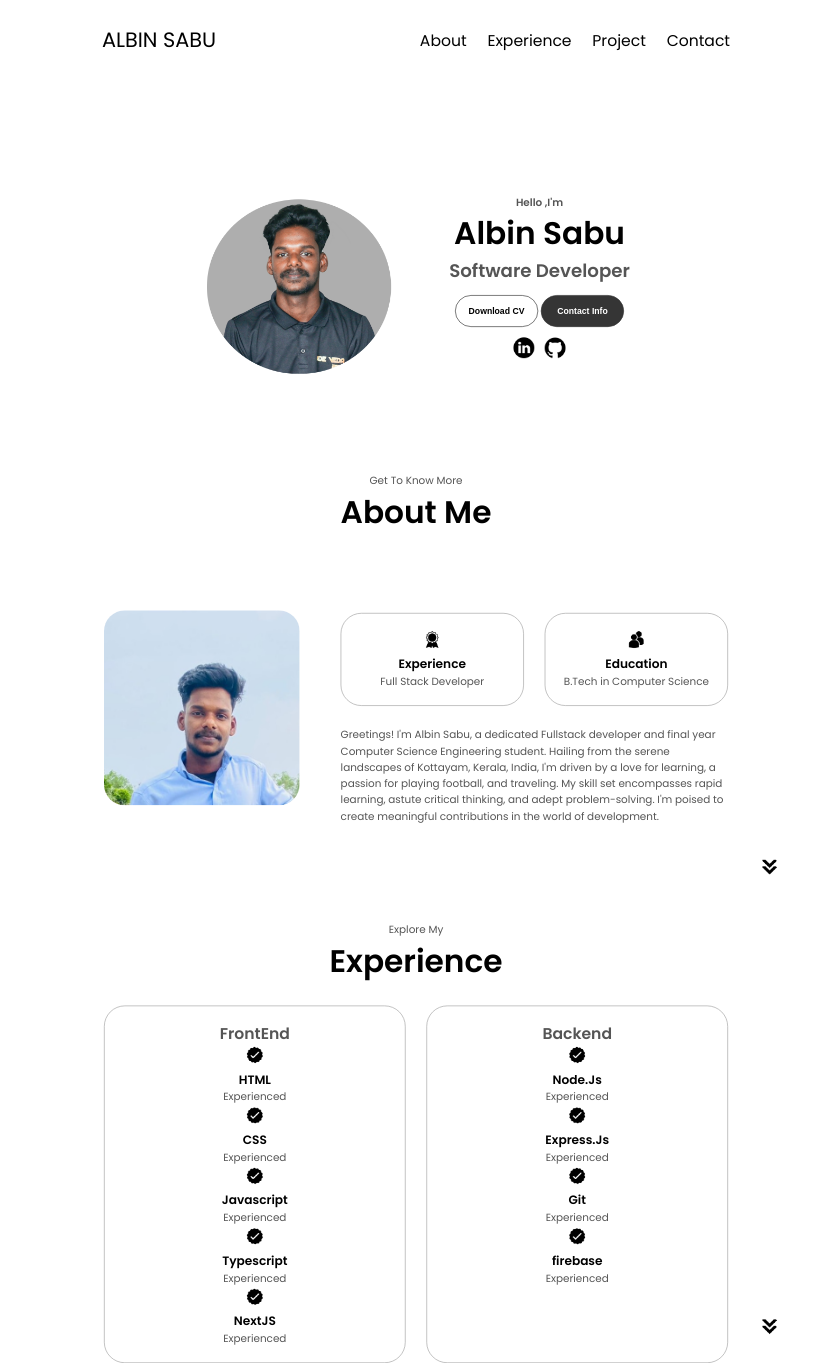
Repository: albinsabu2023/albinsabu
Page: index.html
These files come from the project's save history. The page is drawn as it stood at one moment and after the next save; the edit follows.
The browser window is 1280 px wide. The pictures show the whole page, at 65% of full size.

Above is the page before, as saved 2023-08-30 13:01:13.

### index.html
<!DOCTYPE html>
<html lang="en">
<link>
    <meta charset="UTF-8">
    <meta name="viewport" content="width=device-width, initial-scale=1.0">
    <title>Albin Sabu</title>
    <link rel="stylesheet" href="style.css"/>
    <link rel="stylesheet" href="mediaqueries.css">
</head>
<body>
    <nav id="desktop-nav">
        <div class="logo">
            ALBIN SABU
        </div>
        <div>
            <ul class="nav-links">
                <li><a href="#about">About</a></li>
                <li><a href="#experience">Experience</a></li>
                <li><a href="#project">Project</a></li>
                <li><a href="#contact">Contact</a></li>
            </ul>
        </div>
    </nav>
    <nav id="hamburger-nav">
        <div clas="logo"> ALBIN SABU</div>
        <div class="hamburger-menu">
            <div class="hamburger-icon" onclick="toggleMenu()">
                <span></span>
                <span></span>
                <span></span>
            </div>
            <div class="menu-links">
                <li><a href="#about" onclick="toggleMenu()">About</a></li>
                <li><a href="#about" onclick="toggleMenu()">Experience</a></li>
                <li><a href="#about" onclick="toggleMenu()">Project</a></li>
                <li><a href="#about" onclick="toggleMenu()">Contact</a></li>
            </div>
        </div>
    </nav>
    <section id="profile">
        <div class="section__pic-container">
            <img src="./assets/Albin Sabu2.png" alt="profile-pic">
        </div>
        <div class="section__text">
            <p class="section__text__p1">Hello ,I'm</p>
            <h1 class="title">Albin Sabu</h1>
            <p class="section__text__p2">Software Developer</p>
            <div class="btn_container">
                <button class="btn btn-color-2" onclick="window.open('./assets/Albin sabu.pdf')">Download CV</button>
                <button class="btn btn-color-1" onclick="location.href='#contact'">Contact Info</button>
            </div>
            <div id="social-container">
                <img src="./assets/linkedin.png" alt="My Linkedin Profile" class="icon" onclick="location.href='https://www.linkedin.com/in/albin-sabu-377798230'">
                <img src="./assets/github.png" alt="My Github Profile" class="icon" onclick="location.href='https://github.com/albinsabu2023'">

            </div>
        </div>
    </section>
    <section id="about">
        <p class="section__text__p1">Get To Know More</p>
        <h1 class="title">About Me</h1>
        <div class="section-container">
            <div class="section__pic-container">
                <img src="./assets/ull.png" alt="profilepicture" class="about-pic">
            </div>
            <div class="about-details-container">
                <div class="about-container">
                    <div class="details-container">
                        <img src="./assets/experience.png" alt="experience icon" class="icon">
                        <h3>Experience</h3>
                        <p>Full Stack Developer</p>
                    </div>
                    <div class="details-container">
                        <img src="./assets/education.png" alt="experience icon" class="icon">
                        <h3>Education</h3>
                        <p>B.Tech in Computer Science</p>
                    </div>
                </div>
                <div class="text-container">
                    <p>Greetings! I'm Albin Sabu, a dedicated Fullstack developer and final year Computer Science Engineering student. Hailing
                    from the serene landscapes of Kottayam, Kerala, India, I'm driven by a love for learning, a passion for playing
                    football, and traveling. My skill set encompasses rapid learning, astute critical thinking, and adept
                    problem-solving.  I'm poised to create meaningful
                    contributions in the world of development.
                    </p>
                </div>
            </div>
        </div>
        <!-- onclick="locaiton.href='./#experience'" -->
       <img src="./assets/arrow.png" alt="arrow" class="icon arrow" >
    </section>
    <section id="experience">
        <p class="section__text__p1">Explore My</p>
        <h1 class="title">Experience</h1>
        <div class="experience-details-container">
            <div class="about-container">
                <div class="details-container">
                    <h2 class="experience-sub-title">FrontEnd</h2>
                    <div class="article-container">
                        <article>
                            <img src="./assets/checkmark.png" alt="experience-icon" class="icon">
                            <div>
                                <h3>HTML</h3>
                                <p>Experienced</p>
                            </div>
                        </article>
                        <article>
                            <img src="./assets/checkmark.png" alt="experience-icon" class="icon">
                            <div>
                                <h3>CSS</h3>
                                <p>Experienced</p>
                            </div>
                        </article>
                        <article>
                            <img src="./assets/checkmark.png" alt="experience-icon" class="icon">
                            <div>
                                <h3>Javascript</h3>
                                <p>Experienced</p>
                            </div>
                        </article>
                        <article>
                            <img src="./assets/checkmark.png" alt="experience-icon" class="icon">
                            <div>
                                <h3>Typescript</h3>
                                <p>Experienced</p>
                            </div>
                        </article>
                        <article>
                            <img src="./assets/checkmark.png" alt="experience-icon" class="icon">
                            <div>
                                <h3>NextJS</h3>
                                <p>Experienced</p>
                            </div>
                        </article>

                    </div>
                </div>
                <div class="details-container">
                    <h2 class="experience-sub-title">Backend</h2>
                    <div class="article-container">
                        <article>
                            <img src="./assets/checkmark.png" alt="experience-icon" class="icon">
                            <div>
                                <h3>Node.Js</h3>
                                <p>Experienced</p>
                            </div>
                        </article>

                        <article>
                            <img src="./assets/checkmark.png" alt="experience-icon" class="icon">
                            <div>
                                <h3>Express.Js</h3>
                                <p>Experienced</p>
                            </div>
                        </article>
                        <article>
                            <img src="./assets/checkmark.png" alt="experience-icon" class="icon">
                            <div>
                                <h3>Git</h3>
                                <p>Experienced</p>
                            </div>
                        </article>
                        <article>
                            <img src="./assets/checkmark.png" alt="experience-icon" class="icon">
                            <div>
                                <h3>firebase</h3>
                                <p>Experienced</p>
                            </div>
                        </article>

                    </div>
                </div>
            </div>
        </div>
        <img src="./assets/arrow.png" alt="arrow" class="icon arrow">
    </section>
    <script src="script.js"></script>
</body>
</html>

### style.css
@import url('https://fonts.googleapis.com/css2?family=Poppins:ital,wght@0,300;0,400;0,500;0,600;1,200;1,300;1,500;1,600&display=swap');

* {
    margin: 0;
    padding: 0;
}

body {
    font-family: 'Poppins', sans-serif;
}

html {
    scroll-behavior: smooth;
}

p {
    color: rgb(85, 85, 85);
}

a,
.btn {
    transition: all 300ms ease
}

/* Desktop navigation */
nav,
.nav-links {
    display: flex;

}

nav {
    justify-content: space-around;
    align-items: center;
    height: 17vh;

}

.nav-links {
    gap: 2rem;
    list-style: none;
    font-size: 1.5rem;
}
a{
    color:black;
    text-decoration: none;
    text-decoration-color: white;
}

a:hover{
    color:gray;
    text-decoration:underline;
    text-underline-offset:1rem ;
    text-decoration-color:rgb(181,181,181);
}

.logo{
    font-size:2rem;
}

#hamburger-nav{
    display:none;
}
.hamburger-menu{
    position: relative;
    display:inline-block;
}
.hamburger-icon{
    display: flex;
    flex-direction: column;
    justify-content: space-between;
    height: 24px;
    width: 30px;
    cursor: pointer;
}

.hamburger-icon span{
    width:100%;
    height: 2px;
    background-color: black;
    transition: all 0.3 ease-in-out;
}

.menu-links{
    position:absolute;
    top:100%;
    right:0%;

    width: fit-content;
    max-height: 0;
    overflow: hidden;
    transition: all 0.3 ease-in-out;
}

.menu-links{
    display: block;
    padding: 10px;
    text-align: center;
    font-size: 1.5rem;
    color: black;
    text-decoration: none;
    transform: all 0.3 ease-in-out;
}

.menu-links li{
    list-style: none;

}

.menu-links.open{
    max-height: 300px;
}

.hamburger-icon.open span:first-child{
    transform:rotate(45deg) translate(10px,5px);
}
.hamburger-icon.open span:nth-child(2){
   opacity:0;
}
.hamburger-icon.open span:last-child{
    transform:rotate(-45deg) translate(10px,-5px);
}

.hamburger-icon span:first-child{
    transform: none;
}
.hamburger-icon span:first-child{
    opacity:1;
}
.hamburger-icon span:first-child{
    transform: none;
}

section{
    padding-top:4vh ;
    height: 96vh;
    margin: 0 10rem;
    box-sizing: border-box;
    min-height: fit-content;
}

.section-container{
    display: flex;
}

#profile{
    display: flex;
    justify-content: center;
    gap: 5rem;
    height:  80vh;
}

.section__pic-container{
    display: flex;
    height: 400px;
    width: 400px;
    margin: auto 0;
}

.section__text{

    align-self:center;
    text-align: center;
}

.section__text p{
    font-weight: 600;
}
.section__text__p1{
    text-align: center;

}
.section__text__p2 {

    font-size: 1.75rem;
    margin-bottom: 1rem;
}

.title{
    font-size:3rem;
    text-align: center;
}
#social-container{
    display: flex;
    justify-content: center;
    margin-top: 1rem;
    gap: 1rem;
}

/* icon */
.icon{
    cursor: pointer;
    height: 2rem;
}

.btn-container{
    display: flex;
    justify-content:center;
    gap: 1rem;
}
.btn{
    font-weight: 600;
    transition: all 300ms ease;
    padding: 1rem;
    width: 8rem;
    border-radius: 2rem;

}

.btn-color-1,.btn-color-2{
    border:rgb(53,53,53) 0.1rem solid;
}
.btn-color-1:hover,
.btn-color-2:hover {
   cursor:pointer
}
.btn-color-1,
.btn-color-2:hover {
   background: rgb(53,53,53);
   color: white;
}

.btn-color-1:hover{
    background-color: rgb(0,0,0);

}
.btn-color-2{
    background:none
    ;
}
.btn-color-2:hover{
    border:rgb(255,255,255) 0.1rem solid;
}

/* About section */

#about{
    position: relative;
}
.about-container{
    gap:2rem;
    margin-bottom:2rem ;
    margin-top: 2rem;
}
.about-details-container{
    justify-content: center;
    flex-direction: column;
}

.about-container,.about-details-container{
    display: flex;
}

.about-pic{
    border-radius: 2rem;

}
.arrow{
    position:absolute;
    right:-5rem;
    bottom:2.5rem;
}

.details-container{
    padding:1.5rem ;
    flex: 1;
    background: white;
    border-radius: 2rem;
    border: rgb(53,53,53) 0.1rem solid;
    border-color: rgb(163,163,163);
    text-align: center;

}

.section-container{
    gap: 4rem;
    height: 80%;
}

.section__pic-container{
    height: 300px;
    width:300px ;
    margin:auto 0;
}

/* experience */

#experience{
    position:relative;
}

.experience-sub-title{
    color:rgb(85,85,85);

}

### mediaqueries.css
@media screen and (max-width:1200px){
    #desktop-nav{
        display: none;
    }
    #hamburger-nav{
        display: flex;
    }
}

Loaded but not shown: script.js (common file)

After the next save:
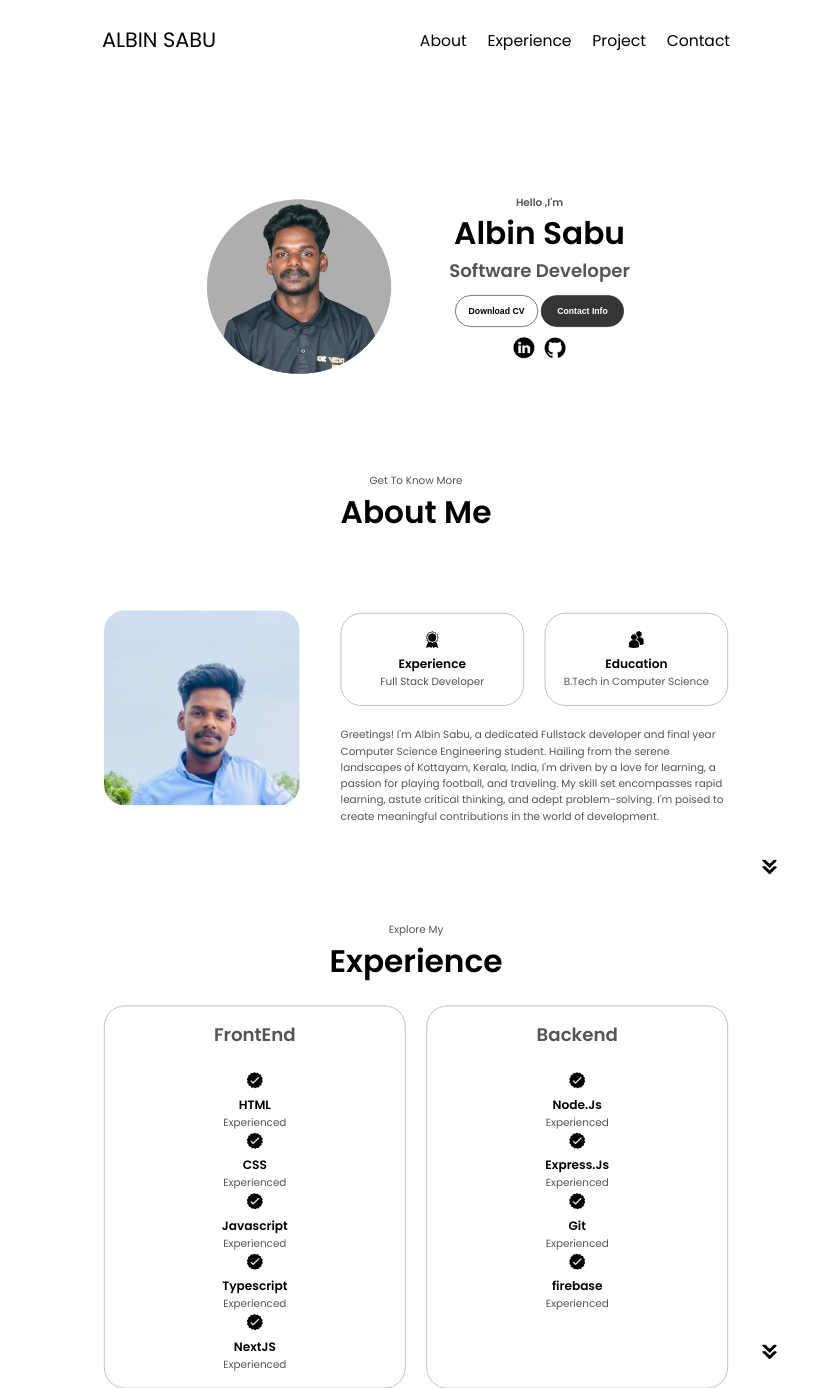
Saved 30 s later.
--- a/style.css
+++ b/style.css
@@ -291,5 +291,7 @@ section{
 
 .experience-sub-title{
     color:rgb(85,85,85);
-
-}
+    font-weight: 600;
+    font-size: 1.75rem;
+    margin-bottom:2rem;
+}
